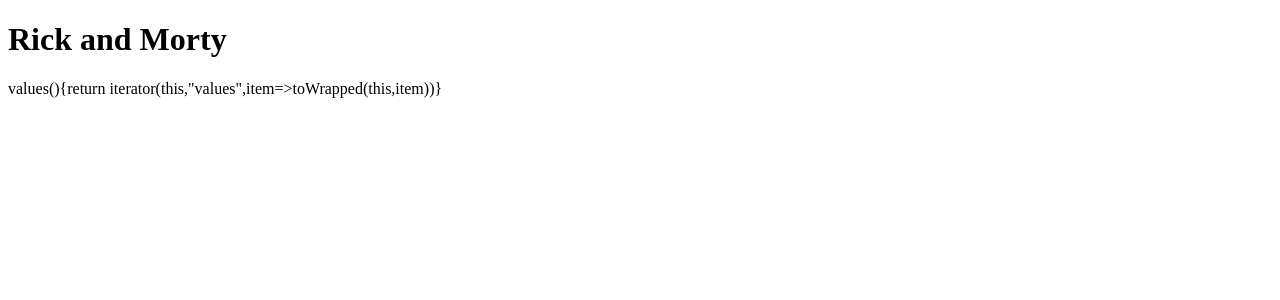
Repository: cristongm/rick-and-morty-udemy
Page: /
The author's editor kept a copy of each file at every save. The page is drawn from the files as they stood at one save, then again after the next save.
The browser window is 1280 px wide. The pictures show the whole page.
The page's requests for data from a server got no answer. The project was rebuilt for these pictures with package versions that can differ from the ones it lists, and the page was loaded fresh each time. No one was signed in, and anything a server would have sent is missing. Also part of the build but not shown: vite.config.js.

Above is the page before, as saved 2023-04-17 22:24:06.

After the next save:
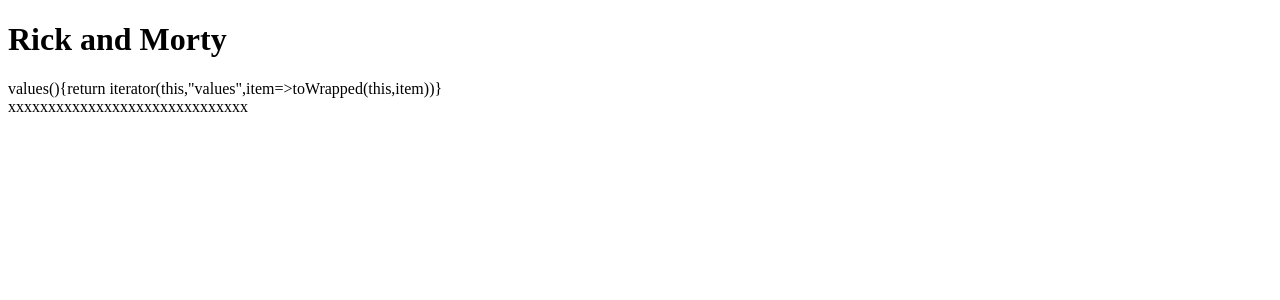
Saved 43 s later.
--- a/src/components/ListCharacters.vue
+++ b/src/components/ListCharacters.vue
@@ -4,7 +4,7 @@
         <div class="characters__item">
             {{characters}}
         </div>
-    </div>
+    </div>xxxxxxxxxxxxxxxxxxxxxxxxxxxxxx
   </section>
 </template>
 

After the save that followed:
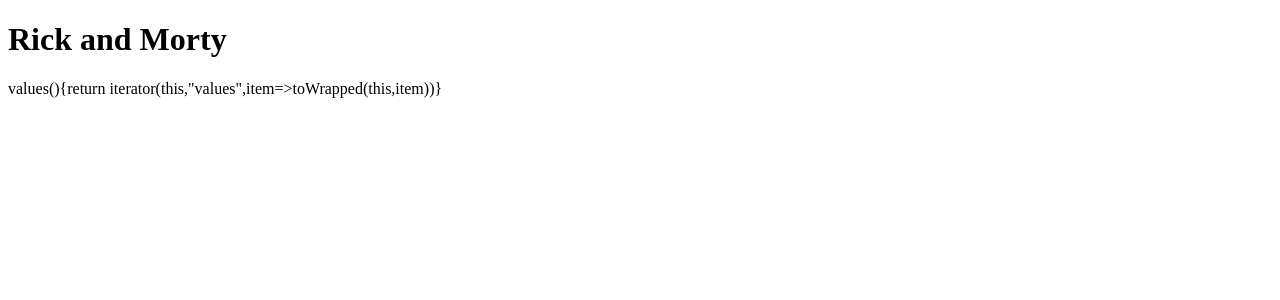
Saved 4 s later.
--- a/src/components/ListCharacters.vue
+++ b/src/components/ListCharacters.vue
@@ -4,7 +4,7 @@
         <div class="characters__item">
             {{characters}}
         </div>
-    </div>xxxxxxxxxxxxxxxxxxxxxxxxxxxxxx
+    </div>
   </section>
 </template>
 
